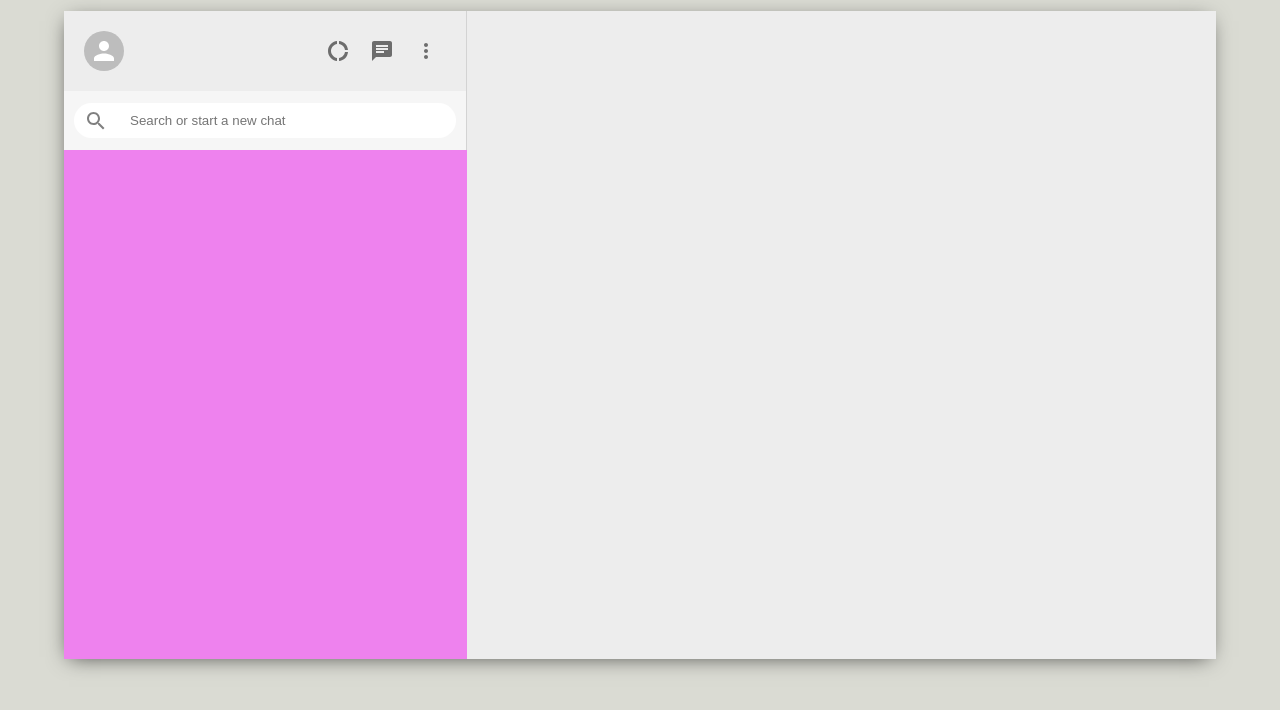
Repository: Aaronlb912/Whatsapp-clone
Page: /
An editor plug-in stored every save of this project. The page is shown before and after the next save, followed by the edit.
The browser window is 1280 px wide. The pictures show the whole page.
The project was rebuilt for these pictures with package versions that can differ from the ones it lists, and the page was loaded fresh each time. Also part of the build but not shown: src/SidebarChat.css.

Above is the page before, as saved 2022-03-15 14:03:25.

After the next save:
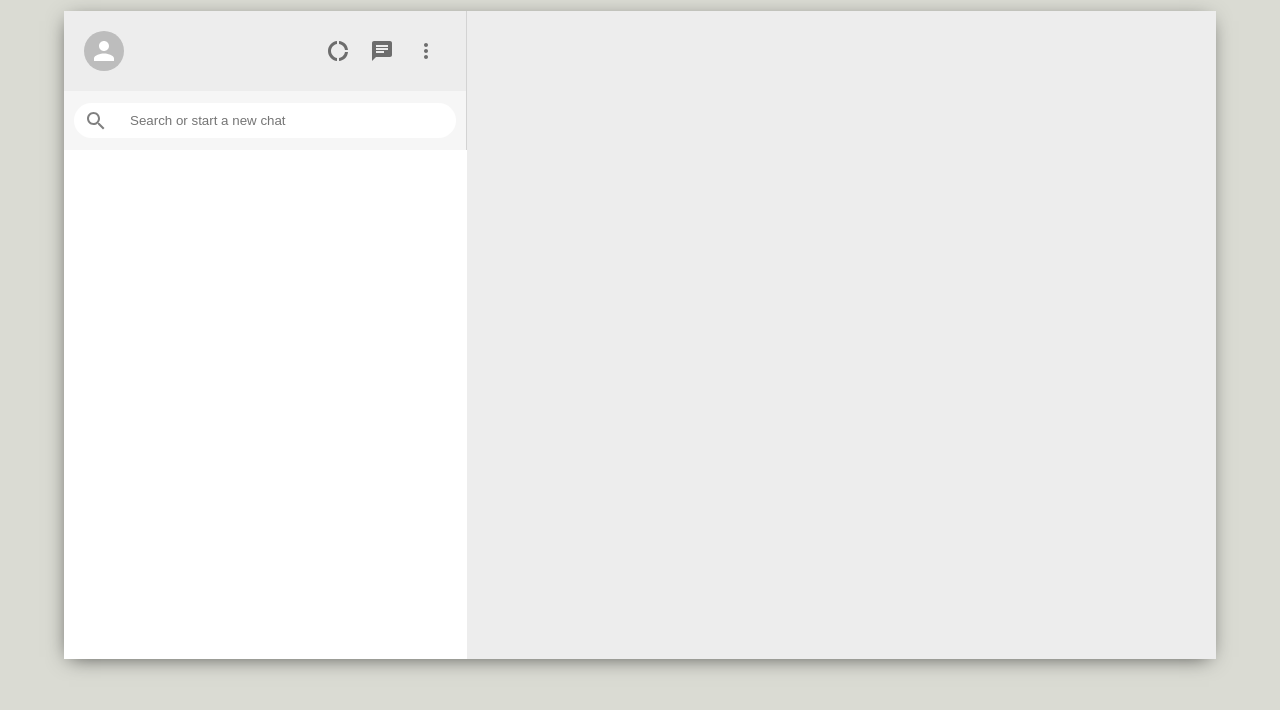
Saved 23 s later.
--- a/src/sidebar.css
+++ b/src/sidebar.css
@@ -48,7 +48,7 @@
 }
 
 .sidebar__chats {
-  background-color: violet;
+  background-color: white;
   flex: 1;
   overflow: scroll;
 }
